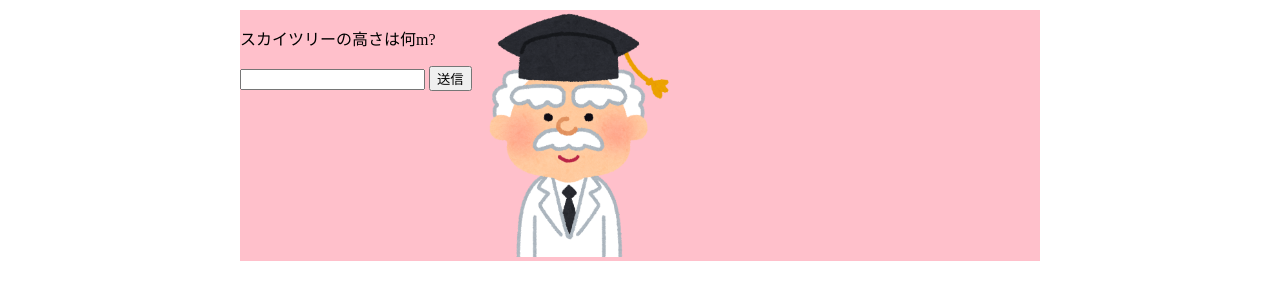
Repository: cshm225/jsplesson
Page: http://localhost/quiz/
An editor plug-in stored every save of this project. The page is shown before and after the next save, followed by the edit.
The browser window is 1280 px wide. The pictures show the whole page.
The page is served by Tomcat 9.

Above is the page before, as saved 2022-05-25 04:55:46.

### quiz/WebContent/index.html
<!DOCTYPE html>
<html>
<head>
<meta charset="UTF-8">
<title>Quiz</title>
<link rel="stylesheet" href="/quiz/css/main.css">
</head>
<body>
<div id="container">
	<div id="boxA">
		<p>スカイツリーの高さは何m?</p>
		<form action="/quiz/result" method="post" >
		<input type="text" name="ans">
		<input type="submit" value="送信">
</form>
	</div>
	<div id="boxB">
		<div class=imgbox>
			<img src="/quiz/images/smile.png">
		</div>
	</div>
</div>
</body>
</html>

### quiz/WebContent/css/main.css
@charset "UTF-8";
#container{
	width:800px;
	margin:10px auto;
	background:pink;
	display:flex;
}
#boxB .imgbox{
	border-radius:10px;
	overflow:hiden;
	width:200px;

	background:fff;
}
#boxB .imgbox img{
	width:100%;
}

After the next save:
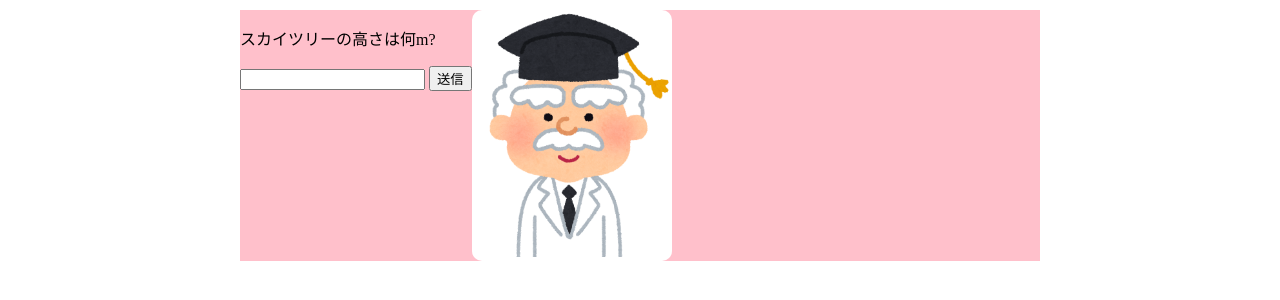
Saved 33 s later.
--- a/quiz/WebContent/css/main.css
+++ b/quiz/WebContent/css/main.css
@@ -10,7 +10,7 @@
 	overflow:hiden;
 	width:200px;
 
-	background:fff;
+	background:#fff;
 }
 #boxB .imgbox img{
 	width:100%;
